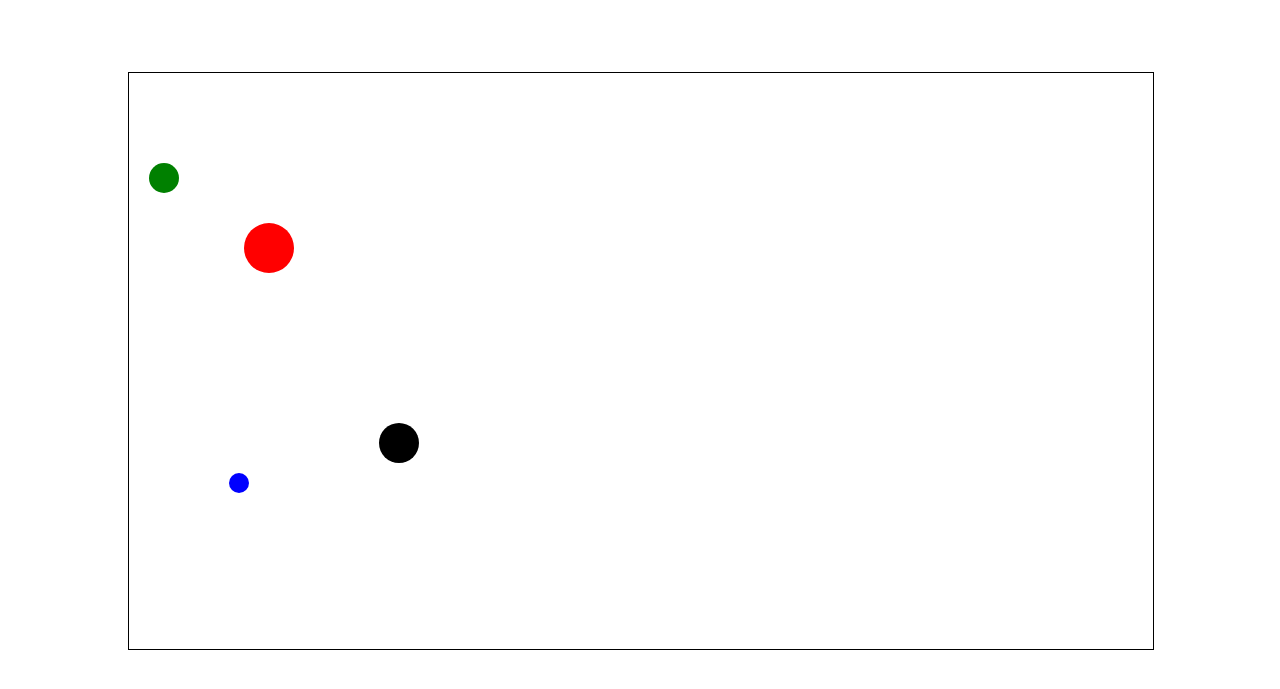
Repository: themoomooo/testgitajout
Page: index.html
These files come from the project's save history. The page is drawn as it stood at one moment and after the next save; the edit follows.
The browser window is 1280 px wide. The pictures show the whole page.

Above is the page before, as saved 2023-01-23 16:52:48.

After the next save:
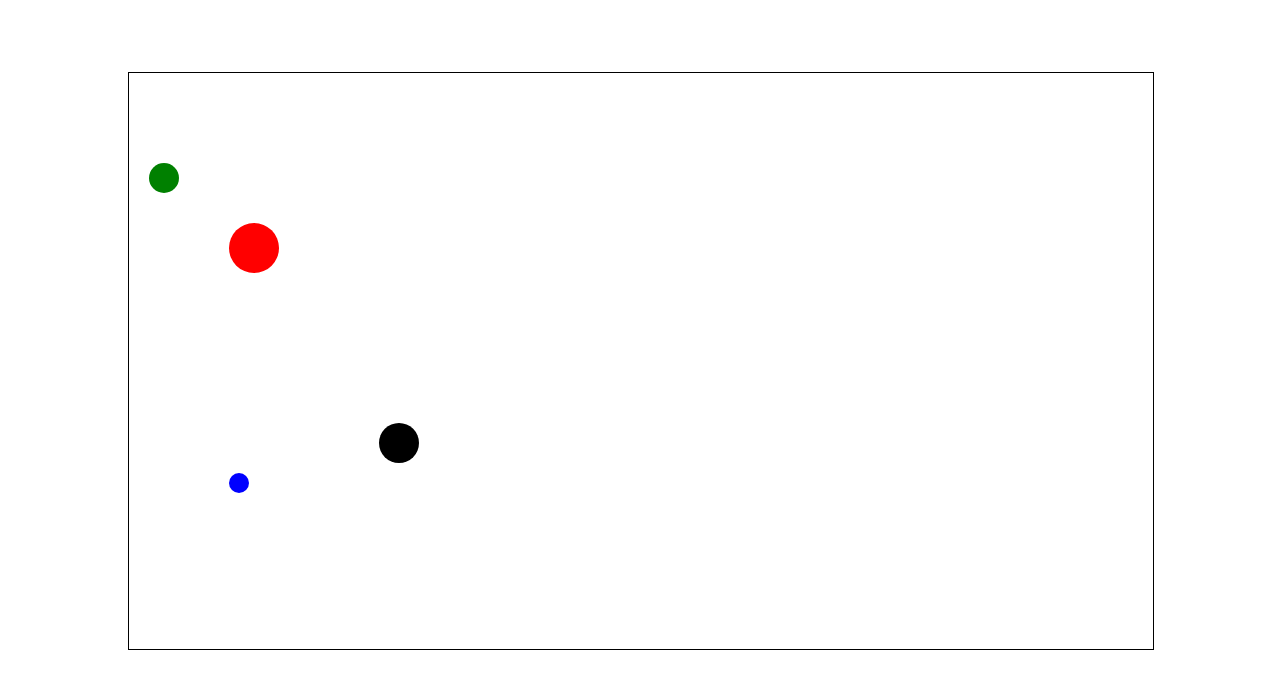
Saved 2 min 40 s later.
--- a/main.js
+++ b/main.js
@@ -50,7 +50,7 @@
     this.balles.forEach((ball)=>{
         this.terrain.appendChild(ball.getOjectDom());
     });
-    this.interval = setInterval(this.move(), 1000);
+    /* this.interval = setInterval(this.move(), 1000); */
     }
 
     move(){

After the 3 saves that followed:
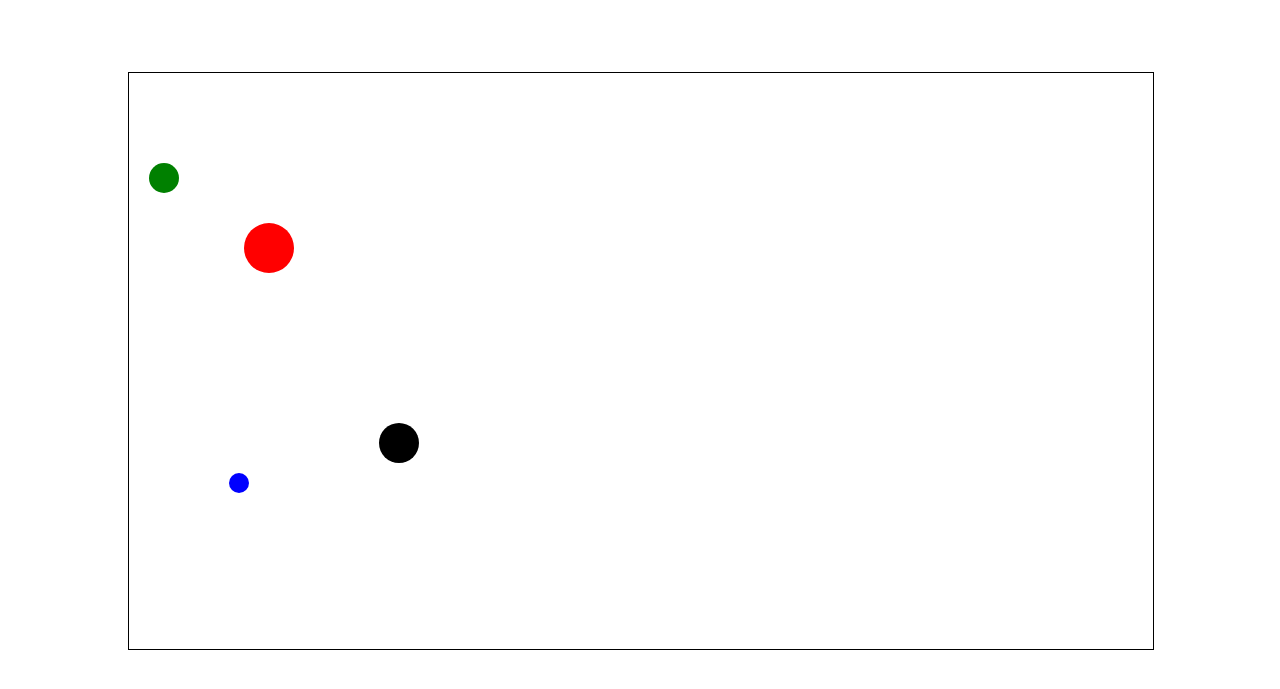
The 3 saves are shown as one change because they came seconds apart.
The last was saved 9 s later.
--- a/main.js
+++ b/main.js
@@ -51,6 +51,7 @@
         this.terrain.appendChild(ball.getOjectDom());
     });
     /* this.interval = setInterval(this.move(), 1000); */
+    this.move();
     }
 
     move(){
